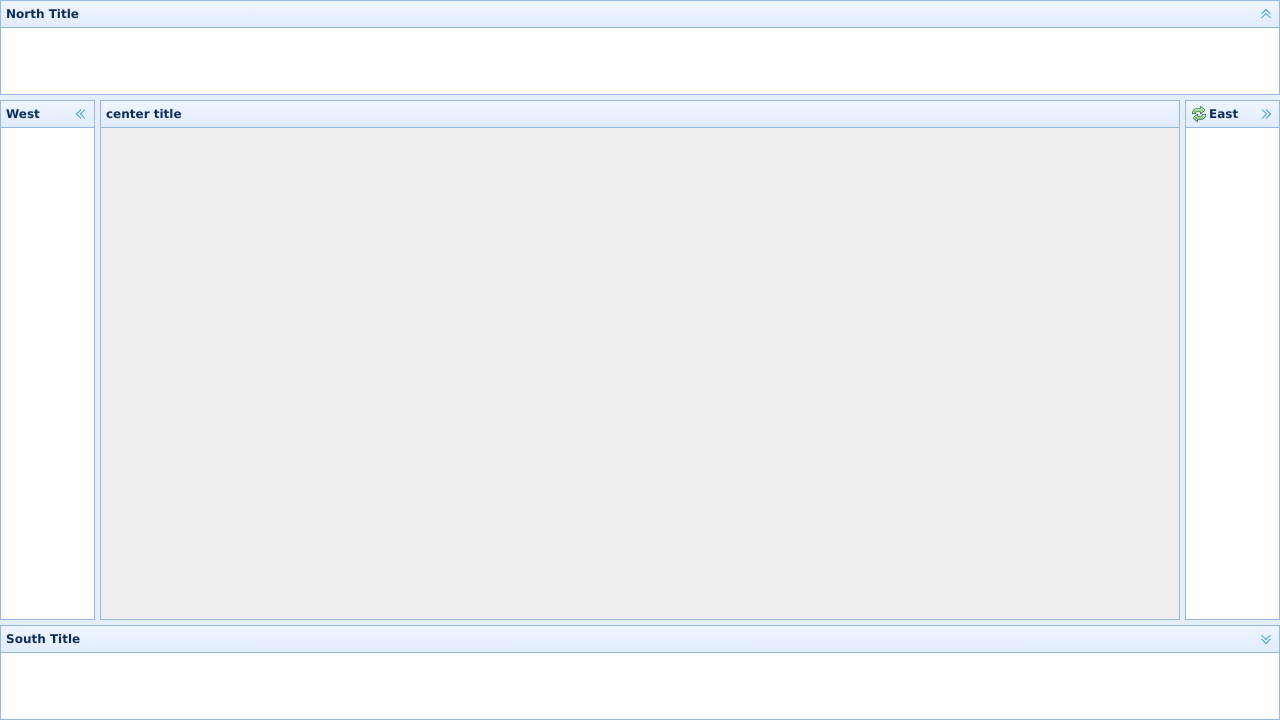
Repository: liujianbo2017/zuoye
Page: estore/WebContent/admin/index.html
An editor plug-in stored every save of this project. The page is shown before and after the next save, followed by the edit.
The browser window is 1280 px wide. The pictures show the whole page.

Above is the page before, as saved 2017-10-30 07:32:41.

After the next save:
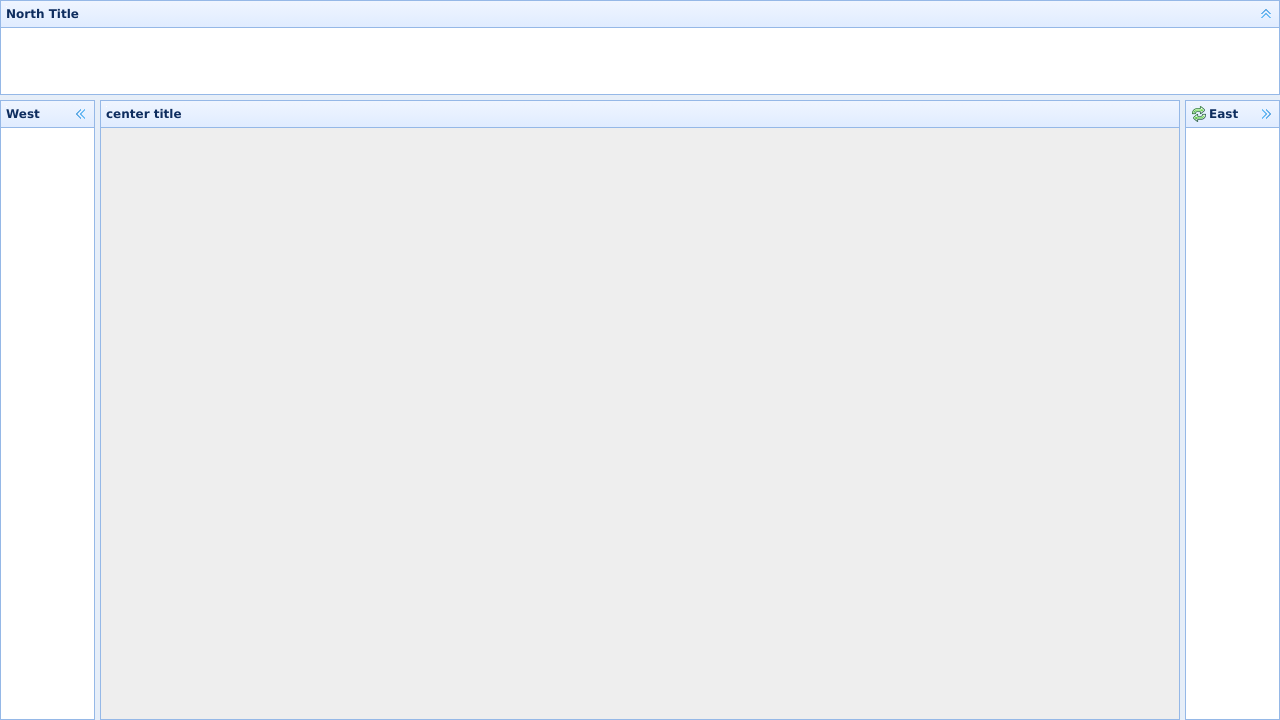
Saved 3 min 6 s later.
--- a/estore/WebContent/admin/index.html
+++ b/estore/WebContent/admin/index.html
@@ -12,7 +12,6 @@
 </head>
 <body class="easyui-layout">
     <div data-options="region:'north',title:'North Title',split:true" style="height:100px;"></div>
-    <div data-options="region:'south',title:'South Title',split:true" style="height:100px;"></div>
     <div data-options="region:'east',iconCls:'icon-reload',title:'East',split:true" style="width:100px;"></div>
     <div data-options="region:'west',title:'West',split:true" style="width:100px;"></div>
     <div data-options="region:'center',title:'center title'" style="padding:5px;background:#eee;"></div>
